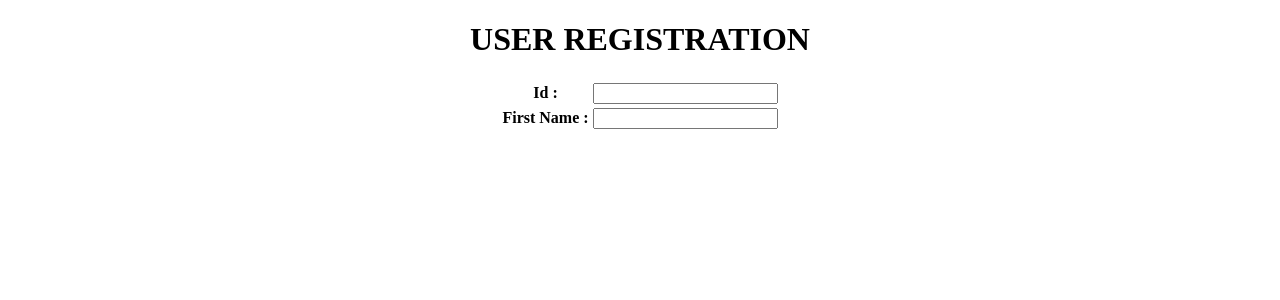
Repository: sachinmandloi1921/AdvanceJava
Page: http://localhost/Advance_Maven/loginview.jsp
The author's editor kept a copy of each file at every save. The page is drawn from the files as they stood at one save, then again after the next save.
The browser window is 1280 px wide. The pictures show the whole page.
The page is served by Tomcat 9.

Above is the page before, as saved 2022-07-11 09:35:33.

After the next save:
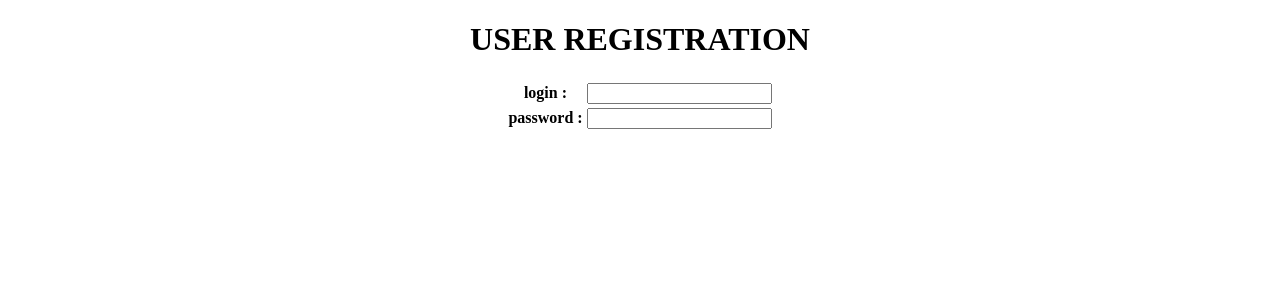
Saved 50 s later.
--- a/Advance Workspace/Advance_Maven/src/main/webapp/loginview.jsp
+++ b/Advance Workspace/Advance_Maven/src/main/webapp/loginview.jsp
@@ -13,12 +13,12 @@
 			<h1>USER REGISTRATION</h1>
 			<table>
 			<tr>
-					<th>Id :</th>
-					<td><input type="text" name="id" ></td>
+					<th>login :</th>
+					<td><input type="text" name="login" ></td>
 				</tr>
 				<tr>
-					<th>First Name :</th>
-					<td><input type="text" name="fname"></td>
+					<th>password :</th>
+					<td><input type="text" name="password"></td>
 				</tr>
 
 </body>
